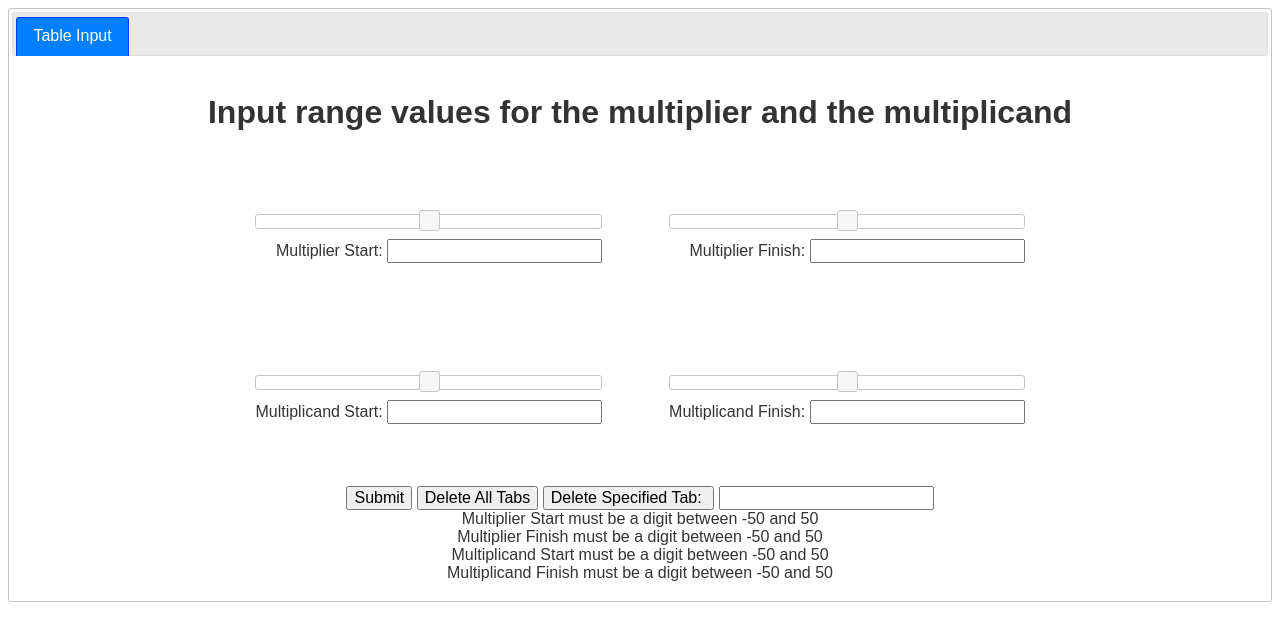
Repository: khrasna/HW4Part2
Page: index.html
These files come from the project's save history. The page is drawn as it stood at one moment and after the next save; the edit follows.
The browser window is 1280 px wide. The pictures show the whole page.
Some web libraries are served in a nearby version.

Above is the page before, as saved 2021-11-19 18:27:46.

After the next save:
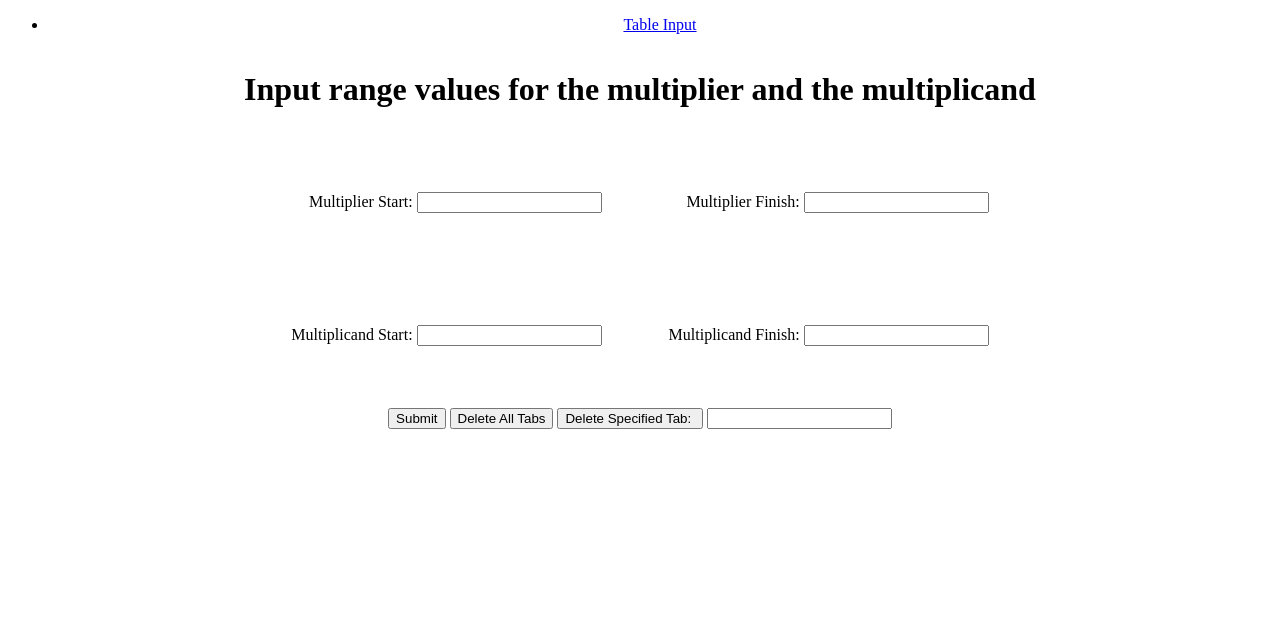
Console error: SyntaxError: Unexpected end of input
Saved 41 s later.
--- a/formvalidate.js
+++ b/formvalidate.js
@@ -57,7 +57,6 @@
 
         } //checks to make sure that the starts are less than the finishes, learned from
     });                                                           // https://jqueryvalidation.org/jQuery.validator.addMethod/
-
 
 
         $("#FormInput").validate({
@@ -130,7 +129,6 @@
             process();
         }
 
-    });
 
     $('input[name="clear"]').on("click", function () {
         for (var i = 2; i <= tabs; i++) {

After the 2 saves that followed:
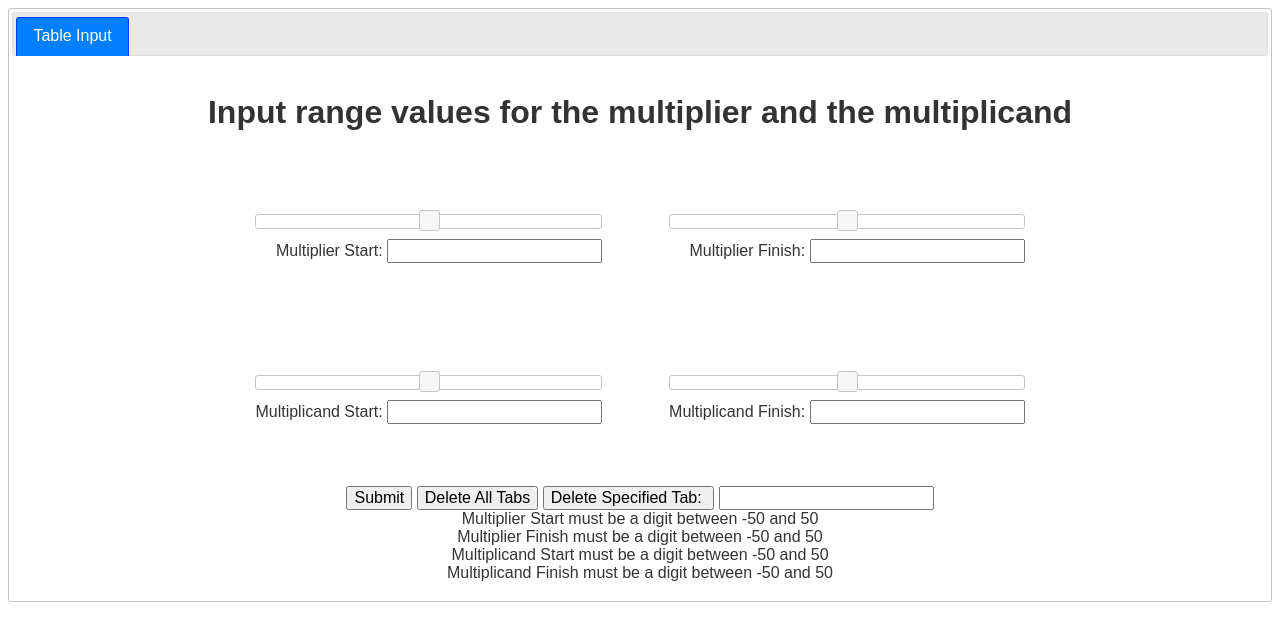
The error is gone.
The 2 saves are shown as one change because they came seconds apart.
The last was saved 28 s later.
--- a/formvalidate.js
+++ b/formvalidate.js
@@ -59,75 +59,75 @@
     });                                                           // https://jqueryvalidation.org/jQuery.validator.addMethod/
 
 
-        $("#FormInput").validate({
-            onkeyup: false,     //this makes it so the validator doesnt update the error messages whenever new input is typed. only validates when submit is hit.
-            onfocusout: false,  //learned about onkeyup, and onfocusout at https://www.sitepoint.com/jquery-validation-validate-form-submit/
-            rules: {
-                MultiplierStart: {
-                    digit: true,
-                    range: [-50, 50],
-                    less: $('input[name="MultiplierFinish"]'),
-                    required: true
-
-                },
-                MultiplierFinish: {
-                    digit: true,
-                    required: true,
-                    range: [-50, 50]
-                },
-
-                MultiplicandStart: {
-                    digit: true,
-                    range: [-50, 50],
-                    less: $('input[name="MultiplicandFinish"]'),
-                    required: true
-                },
-
-                MultiplicandFinish: {
-                    digit: true,
-                    range: [-50, 50],
-                    required: true
-                }
-            },
-
-            messages: {
-                MultiplierStart: {
-                    required: "Multiplier Start must be a digit between -50 and 50",
-                    digit: "Multiplier Start must consist of only integers",
-                    range: "The range of Multiplier Start must stay within -50 and 50 and only contain numerical digits",
-                    less: "The value of Multiplier Start must be less than or equal to Multiplier Finish."
-                },
-
-                MultiplierFinish: {
-                    required: "Multiplier Finish must be a digit between -50 and 50",
-                    digit: "Multiplier finish must consist of only integers",
-                    range: "The range of Multiplier Finish must stay within -50 and 50 and only contain numerical digits",
-                },
-
-                MultiplicandStart: {
-                    required: "Multiplicand Start must be a digit between -50 and 50",
-                    digit: "Multiplicand Start must consist of only integers",
-                    range: "The range of Multiplicand Start must stay within -50 and 50 and only contain numerical digits",
-                    less: "The value of Multiplicand Start must be less than or equal to Multiplicand Finish."
-                },
-
-                MultiplicandFinish: {
-                    required: "Multiplicand Finish must be a digit between -50 and 50",
-                    digit: "Multiplicand Finish must consist of only integers",
-                    range: "The range of Multiplicand Finish must stay within -50 and 50 and only contain numerical digits",
-                }
-            },
-
-            errorPlacement: function (error, element) {
-                $(error).appendTo($(('#FormInput')));
-            },
-            errorElement: "p"
-
-        });
-
-        if ($("#FormInput").valid()) {
-            process();
-        }
+    $("#FormInput").validate({
+        onkeyup: false,     //this makes it so the validator doesnt update the error messages whenever new input is typed. only validates when submit is hit.
+        onfocusout: false,  //learned about onkeyup, and onfocusout at https://www.sitepoint.com/jquery-validation-validate-form-submit/
+        rules: {
+            MultiplierStart: {
+                digit: true,
+                range: [-50, 50],
+                less: $('input[name="MultiplierFinish"]'),
+                required: true
+
+            },
+            MultiplierFinish: {
+                digit: true,
+                required: true,
+                range: [-50, 50]
+            },
+
+            MultiplicandStart: {
+                digit: true,
+                range: [-50, 50],
+                less: $('input[name="MultiplicandFinish"]'),
+                required: true
+            },
+
+            MultiplicandFinish: {
+                digit: true,
+                range: [-50, 50],
+                required: true
+            }
+        },
+
+        messages: {
+            MultiplierStart: {
+                required: "Multiplier Start must be a digit between -50 and 50",
+                digit: "Multiplier Start must consist of only integers",
+                range: "The range of Multiplier Start must stay within -50 and 50 and only contain numerical digits",
+                less: "The value of Multiplier Start must be less than or equal to Multiplier Finish."
+            },
+
+            MultiplierFinish: {
+                required: "Multiplier Finish must be a digit between -50 and 50",
+                digit: "Multiplier finish must consist of only integers",
+                range: "The range of Multiplier Finish must stay within -50 and 50 and only contain numerical digits",
+            },
+
+            MultiplicandStart: {
+                required: "Multiplicand Start must be a digit between -50 and 50",
+                digit: "Multiplicand Start must consist of only integers",
+                range: "The range of Multiplicand Start must stay within -50 and 50 and only contain numerical digits",
+                less: "The value of Multiplicand Start must be less than or equal to Multiplicand Finish."
+            },
+
+            MultiplicandFinish: {
+                required: "Multiplicand Finish must be a digit between -50 and 50",
+                digit: "Multiplicand Finish must consist of only integers",
+                range: "The range of Multiplicand Finish must stay within -50 and 50 and only contain numerical digits",
+            }
+        },
+
+        errorPlacement: function (error, element) {
+            $(error).appendTo($(('#FormInput')));
+        },
+        errorElement: "p"
+
+    });
+
+    if ($("#FormInput").valid()) {
+        process();
+    }
 
 
     $('input[name="clear"]').on("click", function () {
@@ -137,6 +137,7 @@
             $("#tabs").tabs('refresh');
         }
     });
+});
 
     $('input[name="clearx"]').on("click", function () {
 
